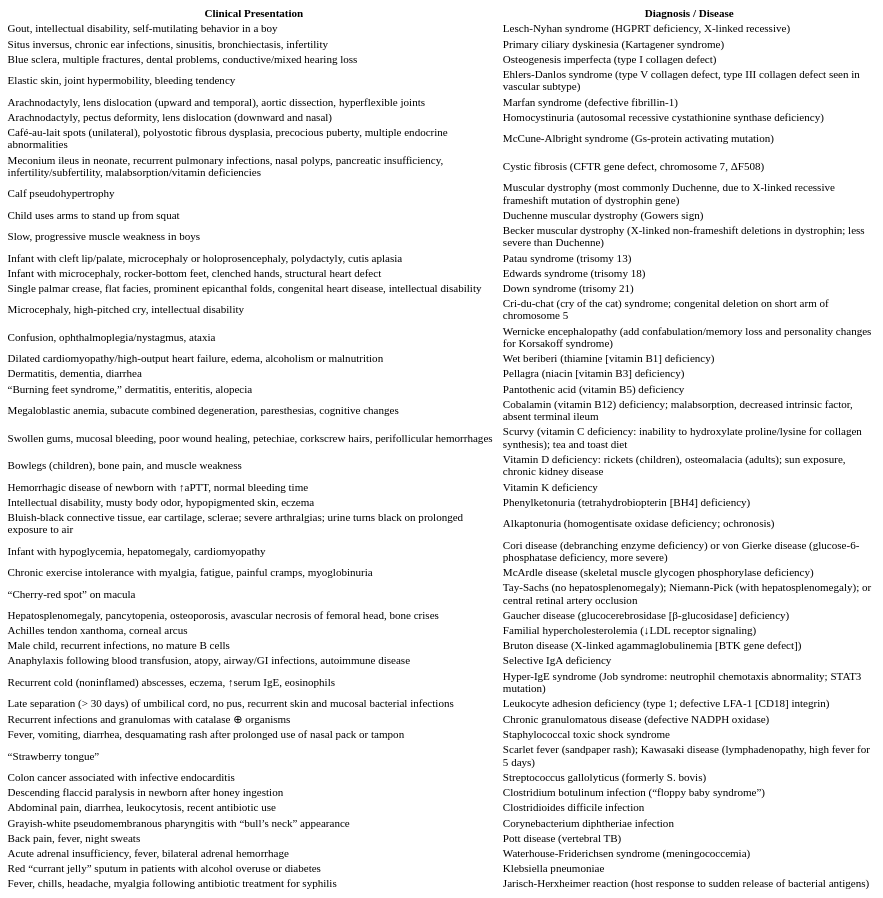
Repository: sharperdragon/STEVEL-1-Summaries
Page: subdex/rapid_presentation.table.html
The author's editor kept a copy of each file at every save. The page is drawn from the files as they stood at one save, then again after the next save.
The browser window is 1280 px wide. The pictures show the whole page, at 69% of full size.

Above is the page before, as saved 2025-05-21 08:31:38.

After the next save:
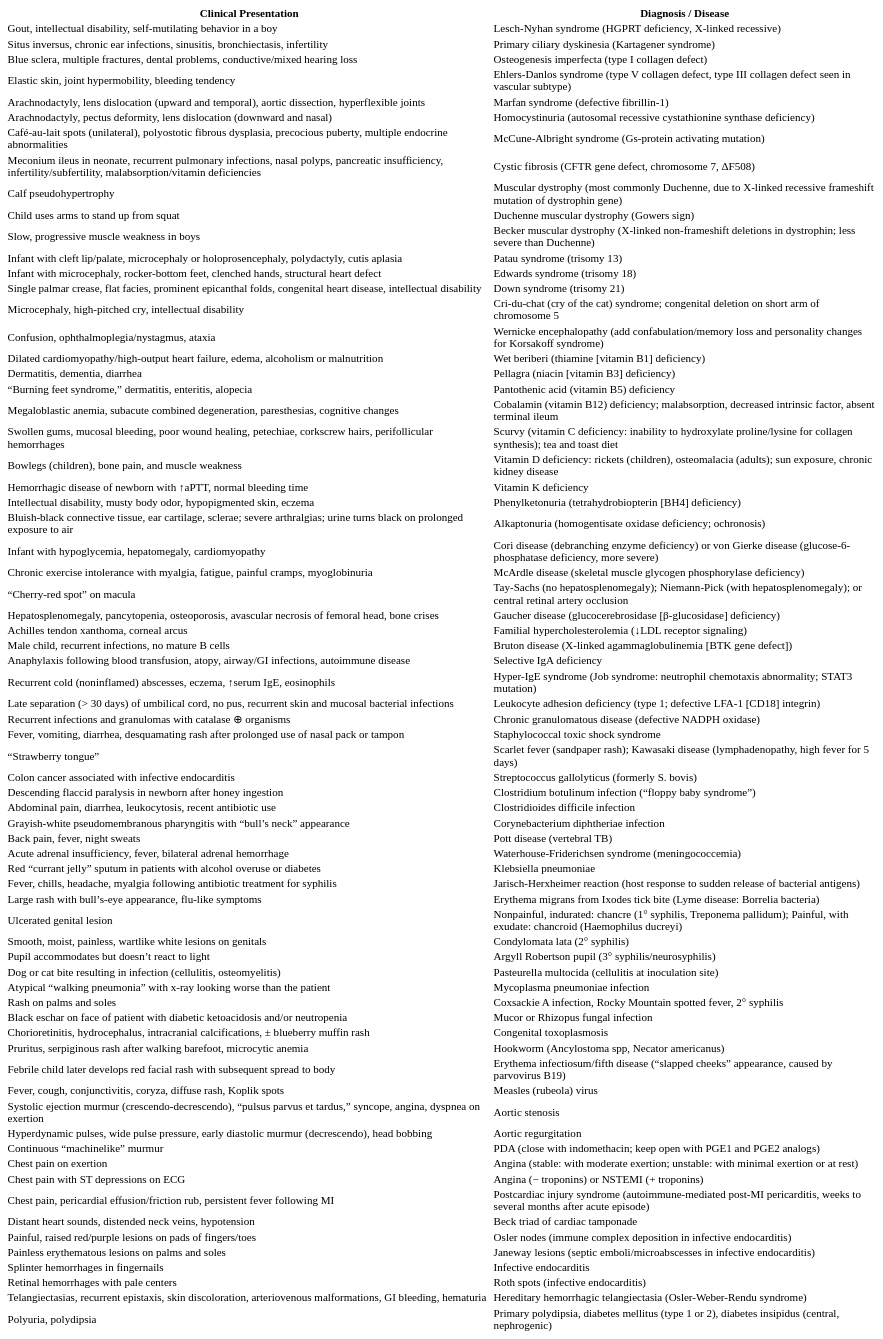
Saved 91 s later.
--- a/subdex/rapid_presentation.table.html
+++ b/subdex/rapid_presentation.table.html
@@ -87,8 +87,6 @@
       <td>Megaloblastic anemia, subacute combined degeneration, paresthesias, cognitive changes</td>
       <td>Cobalamin (vitamin B12) deficiency; malabsorption, decreased intrinsic factor, absent terminal ileum</td>
     </tr>
-  </tbody>
-
     <tr>
       <td>Swollen gums, mucosal bleeding, poor wound healing, petechiae, corkscrew hairs, perifollicular hemorrhages</td>
       <td>Scurvy (vitamin C deficiency: inability to hydroxylate proline/lysine for collagen synthesis); tea and toast diet</td>
@@ -189,3 +187,104 @@
       <td>Fever, chills, headache, myalgia following antibiotic treatment for syphilis</td>
       <td>Jarisch-Herxheimer reaction (host response to sudden release of bacterial antigens)</td>
     </tr>
+    <tr>
+      <td>Large rash with bull’s-eye appearance, flu-like symptoms</td>
+      <td>Erythema migrans from Ixodes tick bite (Lyme disease: Borrelia bacteria)</td>
+    </tr>
+    <tr>
+      <td>Ulcerated genital lesion</td>
+      <td>Nonpainful, indurated: chancre (1° syphilis, Treponema pallidum); Painful, with exudate: chancroid (Haemophilus ducreyi)</td>
+    </tr>
+    <tr>
+      <td>Smooth, moist, painless, wartlike white lesions on genitals</td>
+      <td>Condylomata lata (2° syphilis)</td>
+    </tr>
+    <tr>
+      <td>Pupil accommodates but doesn’t react to light</td>
+      <td>Argyll Robertson pupil (3° syphilis/neurosyphilis)</td>
+    </tr>
+    <tr>
+      <td>Dog or cat bite resulting in infection (cellulitis, osteomyelitis)</td>
+      <td>Pasteurella multocida (cellulitis at inoculation site)</td>
+    </tr>
+    <tr>
+      <td>Atypical “walking pneumonia” with x-ray looking worse than the patient</td>
+      <td>Mycoplasma pneumoniae infection</td>
+    </tr>
+    <tr>
+      <td>Rash on palms and soles</td>
+      <td>Coxsackie A infection, Rocky Mountain spotted fever, 2° syphilis</td>
+    </tr>
+    <tr>
+      <td>Black eschar on face of patient with diabetic ketoacidosis and/or neutropenia</td>
+      <td>Mucor or Rhizopus fungal infection</td>
+    </tr>
+    <tr>
+      <td>Chorioretinitis, hydrocephalus, intracranial calcifications, ± blueberry muffin rash</td>
+      <td>Congenital toxoplasmosis</td>
+    </tr>
+    <tr>
+      <td>Pruritus, serpiginous rash after walking barefoot, microcytic anemia</td>
+      <td>Hookworm (Ancylostoma spp, Necator americanus)</td>
+    </tr>
+    <tr>
+      <td>Febrile child later develops red facial rash with subsequent spread to body</td>
+      <td>Erythema infectiosum/fifth disease (“slapped cheeks” appearance, caused by parvovirus B19)</td>
+    </tr>
+    <tr>
+      <td>Fever, cough, conjunctivitis, coryza, diffuse rash, Koplik spots</td>
+      <td>Measles (rubeola) virus</td>
+    </tr>
+    <tr>
+      <td>Systolic ejection murmur (crescendo-decrescendo), “pulsus parvus et tardus,” syncope, angina, dyspnea on exertion</td>
+      <td>Aortic stenosis</td>
+    </tr>
+    <tr>
+      <td>Hyperdynamic pulses, wide pulse pressure, early diastolic murmur (decrescendo), head bobbing</td>
+      <td>Aortic regurgitation</td>
+    </tr>
+    <tr>
+      <td>Continuous “machinelike” murmur</td>
+      <td>PDA (close with indomethacin; keep open with PGE1 and PGE2 analogs)</td>
+    </tr>
+    <tr>
+      <td>Chest pain on exertion</td>
+      <td>Angina (stable: with moderate exertion; unstable: with minimal exertion or at rest)</td>
+    </tr>
+    <tr>
+      <td>Chest pain with ST depressions on ECG</td>
+      <td>Angina (− troponins) or NSTEMI (+ troponins)</td>
+    </tr>
+    <tr>
+      <td>Chest pain, pericardial effusion/friction rub, persistent fever following MI</td>
+      <td>Postcardiac injury syndrome (autoimmune-mediated post-MI pericarditis, weeks to several months after acute episode)</td>
+    </tr>
+    <tr>
+      <td>Distant heart sounds, distended neck veins, hypotension</td>
+      <td>Beck triad of cardiac tamponade</td>
+    </tr>
+    <tr>
+      <td>Painful, raised red/purple lesions on pads of fingers/toes</td>
+      <td>Osler nodes (immune complex deposition in infective endocarditis)</td>
+    </tr>
+    <tr>
+      <td>Painless erythematous lesions on palms and soles</td>
+      <td>Janeway lesions (septic emboli/microabscesses in infective endocarditis)</td>
+    </tr>
+    <tr>
+      <td>Splinter hemorrhages in fingernails</td>
+      <td>Infective endocarditis</td>
+    </tr>
+    <tr>
+      <td>Retinal hemorrhages with pale centers</td>
+      <td>Roth spots (infective endocarditis)</td>
+    </tr>
+    <tr>
+      <td>Telangiectasias, recurrent epistaxis, skin discoloration, arteriovenous malformations, GI bleeding, hematuria</td>
+      <td>Hereditary hemorrhagic telangiectasia (Osler-Weber-Rendu syndrome)</td>
+    </tr>
+    <tr>
+      <td>Polyuria, polydipsia</td>
+      <td>Primary polydipsia, diabetes mellitus (type 1 or 2), diabetes insipidus (central, nephrogenic)</td>
+    </tr>
+  </tbody>
